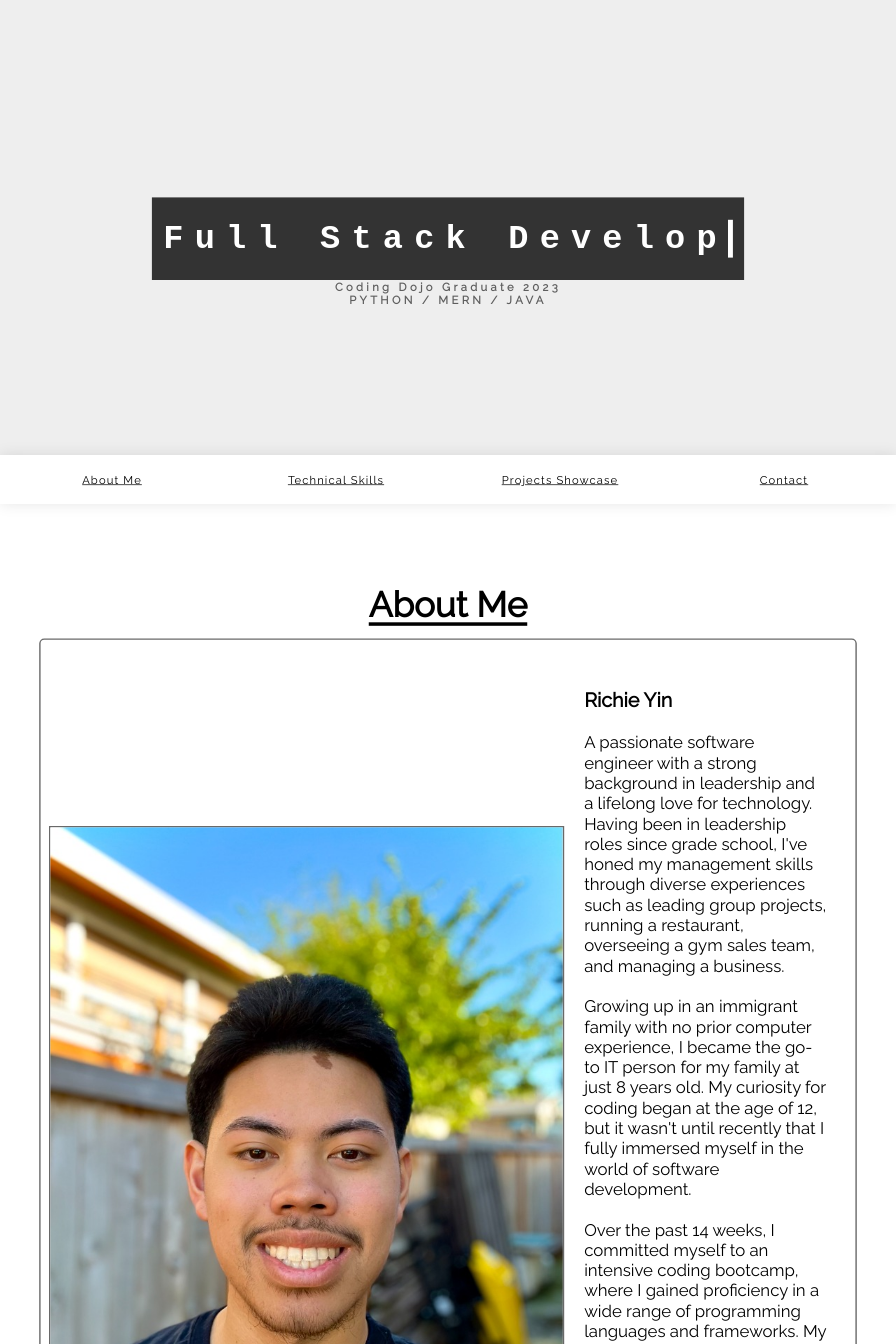
Repository: RICHIE-YIN/Personal-Portfolio
Page: index.html
An editor plug-in stored every save of this project. The page is shown before and after the next save, followed by the edit.
The browser window is 1280 px wide. The pictures show the part of the page from y = 0 to 1920 px (the page is 4213 px tall before and 4549 px after), at 70% of full size.
Some web fonts or font styles are not loaded; a fallback is used.

Above is the page before, as saved 2023-06-12 17:42:14.
Console error: ReferenceError: $ is not defined

After the next save:
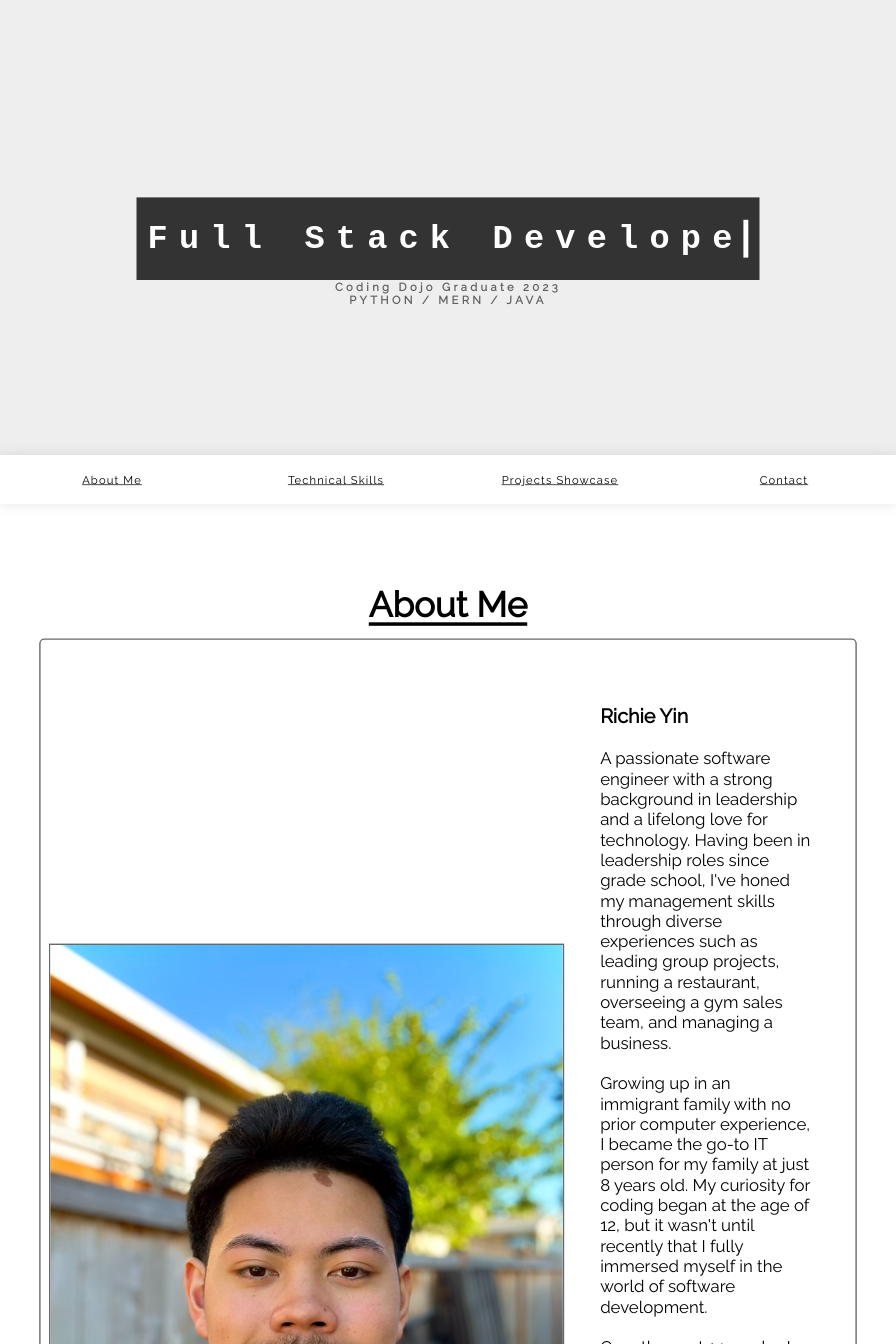
Saved 17 s later.
--- a/styles.css
+++ b/styles.css
@@ -149,7 +149,7 @@
 
 .profile-text {
     flex: 1;
-    padding: 2.5%;
+    padding: 4.5%;
 }
 
 .card-container {

After the save that followed:
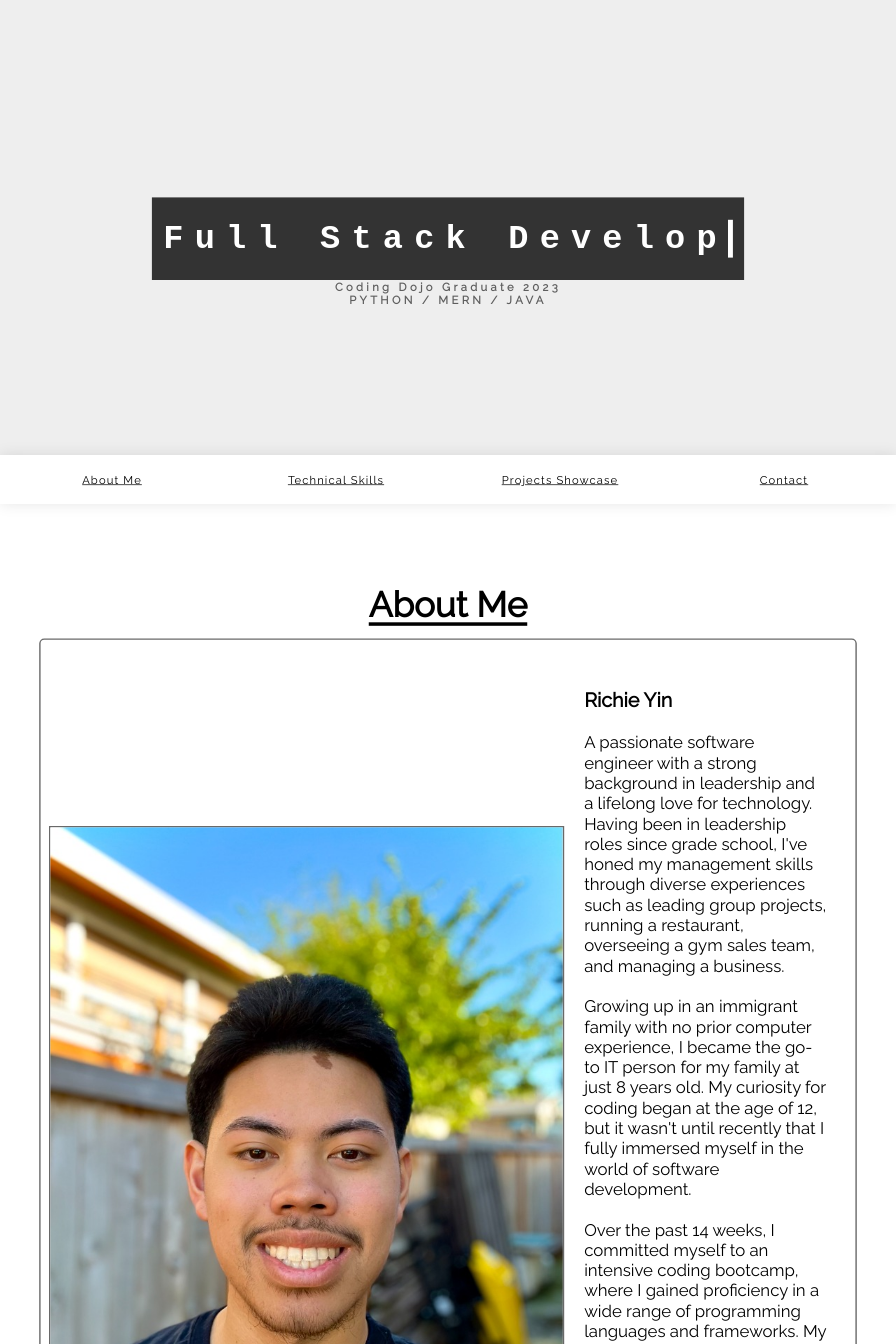
Saved 4 s later.
--- a/styles.css
+++ b/styles.css
@@ -149,7 +149,7 @@
 
 .profile-text {
     flex: 1;
-    padding: 4.5%;
+    padding: 2.5%;
 }
 
 .card-container {
